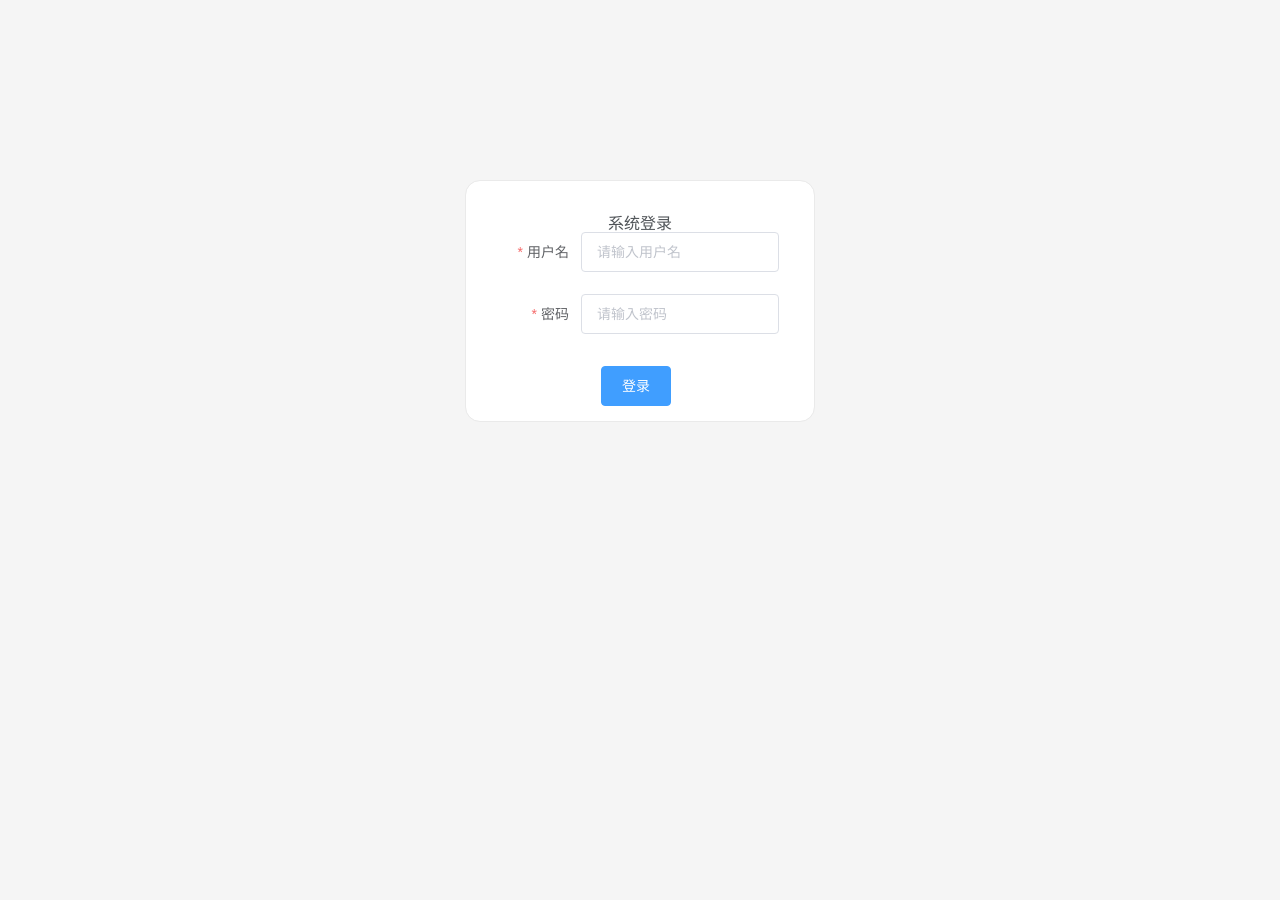
Repository: erwtt/git-demo
Page: /login (app in 后台管理系统/)
An editor plug-in stored every save of this project. The page is shown before and after the next save, followed by the edit.
The browser window is 1280 px wide. The pictures show the whole page.
The project was rebuilt for these pictures with package versions that can differ from the ones it lists, and the page was loaded fresh each time. Also part of the build but not shown: 后台管理系统/vue.config.js, 后台管理系统/src/components/CommonAside.vue, 后台管理系统/src/components/CommonHeader.vue, 后台管理系统/src/components/CommonTag.vue, 后台管理系统/src/views/main.vue.

Above is the page before, as saved 2022-05-19 20:36:01.

After the next save:
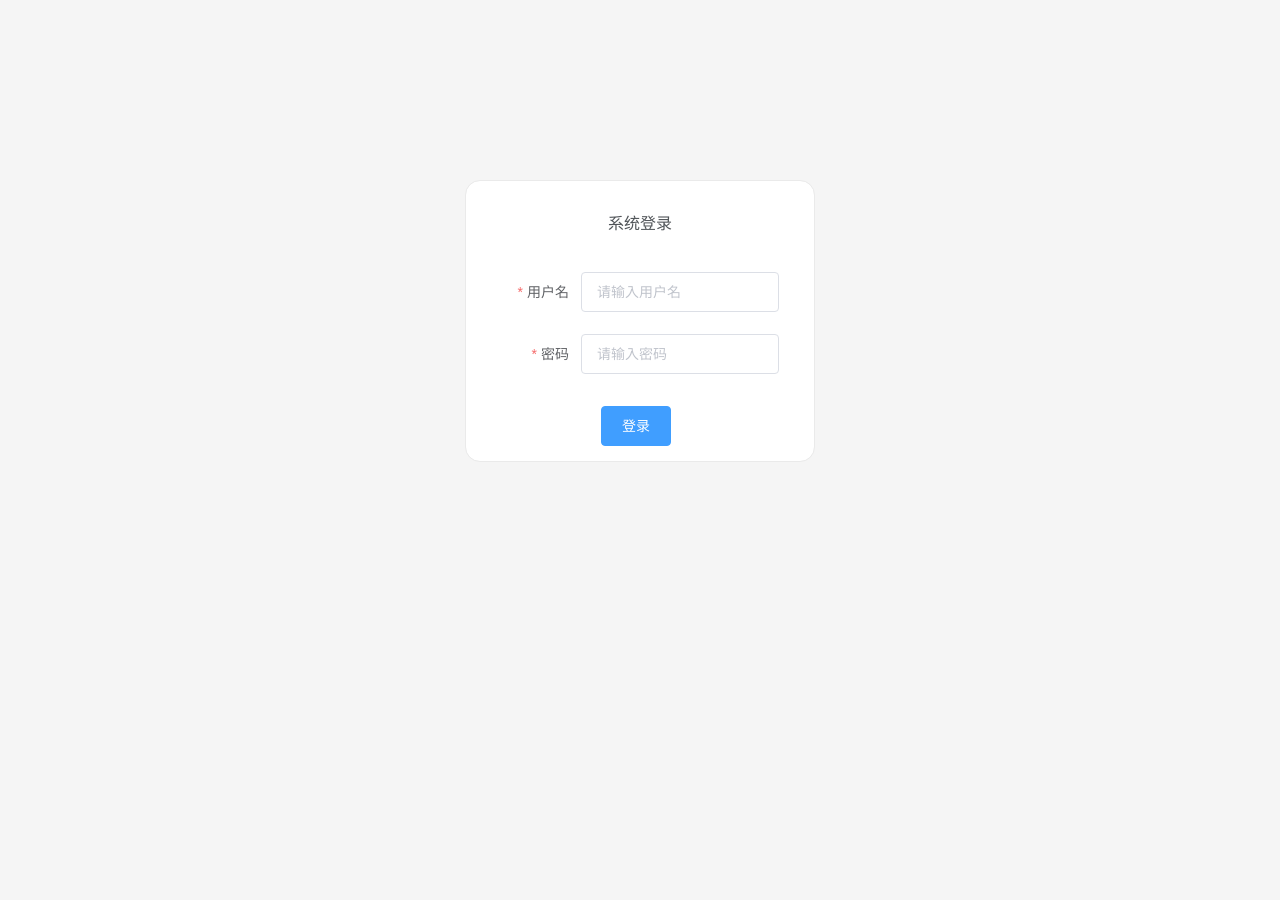
Saved 9 s later.
--- a/后台管理系统/src/views/login/login.vue
+++ b/后台管理系统/src/views/login/login.vue
@@ -87,7 +87,7 @@ export default {
         box-shadow: #cac6c6;
     }
     .login_title{
-        margin:0px,auto,40px,auto;
+        margin:0px auto 40px auto;
         text-align: center;
         color:#505458;
     }
